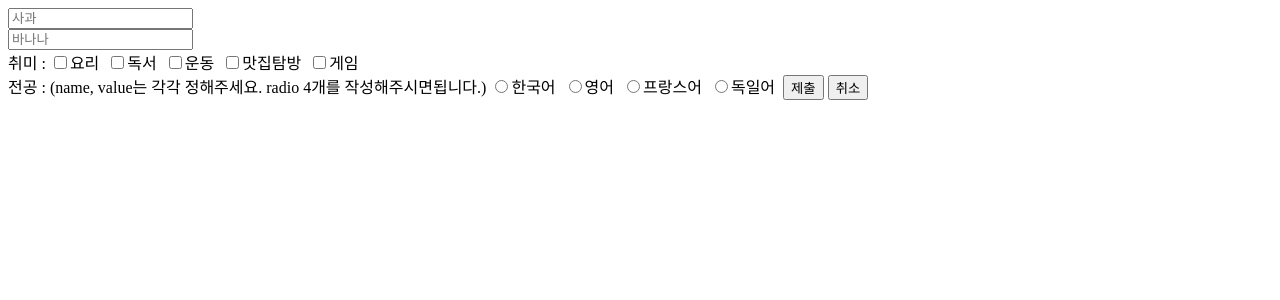
Repository: JongMin22/jsp.practice
Page: http://localhost/JSPBasic/JspObject/1.requests/req_param_sand.jsp
The author's editor kept a copy of each file at every save. The page is drawn from the files as they stood at one save, then again after the next save.
The browser window is 1280 px wide. The pictures show the whole page.
The page is served by Tomcat 9.

Above is the page before, as saved 2022-02-03 06:37:19.

After the next save:
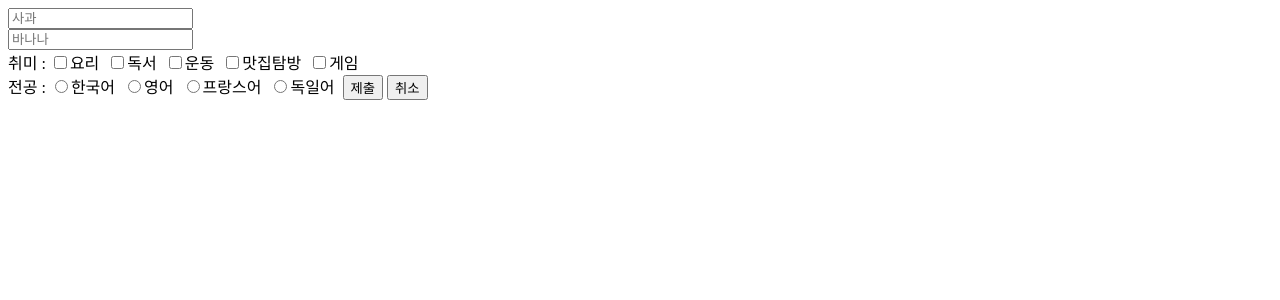
Saved 31 s later.
--- a/JSPBasic/src/main/webapp/JspObject/1.requests/req_param_sand.jsp
+++ b/JSPBasic/src/main/webapp/JspObject/1.requests/req_param_sand.jsp
@@ -25,7 +25,8 @@
 <input type="checkbox" name="hobby" value="운동">운동&nbsp;
 <input type="checkbox" name="hobby" value="맛집탐방">맛집탐방&nbsp;
 <input type="checkbox" name="hobby" value="게임">게임&nbsp;</br>
-전공 : (name, value는 각각 정해주세요. radio 4개를 작성해주시면됩니다.)
+전공 :
+<!-- (name, value는 각각 정해주세요. radio 4개를 작성해주시면됩니다.) -->
 <input type="radio" name="korean" value="한국어"/>한국어&nbsp;
 <input type="radio" name="english" value="영어"/>영어&nbsp;
 <input type="radio" name="French" value="프랑스어"/>프랑스어&nbsp;
